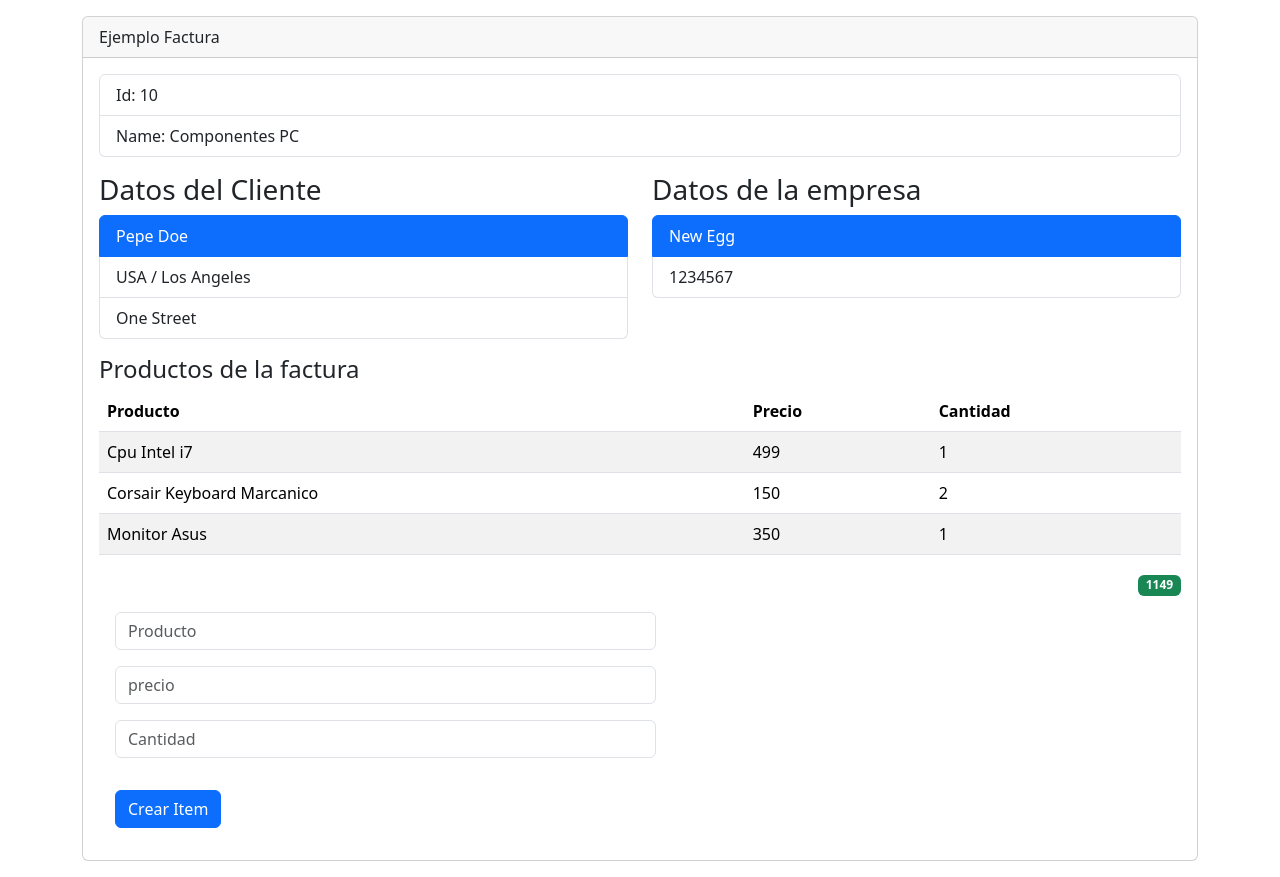
Repository: bryanesteban/4-invoice-app
Page: /
The author's editor kept a copy of each file at every save. The page is drawn from the files as they stood at one save, then again after the next save.
The browser window is 1280 px wide. The pictures show the whole page.
The project was rebuilt for these pictures with package versions that can differ from the ones it lists, and the page was loaded fresh each time. Also part of the build but not shown: vite.config.js.

Above is the page before, as saved 2023-11-13 22:15:34.

### index.html
<!doctype html>
<html lang="en">
  <head>
    <meta charset="UTF-8" />
    <link rel="icon" type="image/svg+xml" href="/vite.svg" />
    <link href="https://cdn.jsdelivr.net/npm/bootstrap@5.3.2/dist/css/bootstrap.min.css" rel="stylesheet" integrity="sha384-T3c6CoIi6uLrA9TneNEoa7RxnatzjcDSCmG1MXxSR1GAsXEV/Dwwykc2MPK8M2HN" crossorigin="anonymous">
    <meta name="viewport" content="width=device-width, initial-scale=1.0" />
    <title>Vite + React</title>
  </head>
  <body>
    <div id="root"></div>
    <script type="module" src="/src/main.jsx"></script>
  </body>
</html>

### src/main.jsx
import React from 'react'
import ReactDOM from 'react-dom/client'
import { InvoiceApp } from './InvoiceApp'


ReactDOM.createRoot(document.getElementById('root')).render(
  <React.StrictMode>
    <InvoiceApp />
  </React.StrictMode>,
)

### src/InvoiceApp.jsx
import { getInvoice } from "./services/getInvoice"
import { ClientView } from "./components/ClientView";
import { CompanyView } from "./components/CompanyView";
import { InvoiceView } from "./components/InvoiceView";
import { ListItemsView } from "./components/ListItemsView";
import { TotalView } from "./components/totalView";
import { useState } from "react";


export const InvoiceApp = () =>{

    const {id, name, client, company, items: itemsInitial, total} = getInvoice();

    const [productValue, setProductValue] = useState('');
    const [priceValue, setPriceValue] = useState('');
    const [quantityValue, setQuantityValue] = useState('');
    const [counter, setCounter] = useState(4);

    const [items, setItems] = useState(itemsInitial);

    const onProductChange = ({ target }) =>{
        setProductValue(target.value)
        console.log(target.value)
    }

    const onPriceChange = ({ target }) =>{
        setPriceValue(target.value)
        console.log(target.value)
    }

    const onQuantityChange = ({ target }) =>{
        setQuantityValue(target.value)
        console.log(target.value)
    }

    const onInvoiceItemsSubmit = (event) => {
        event.preventDefault();
        if(productValue.trim().length <= 1) return;

        if(priceValue.trim().length < 1 || isNaN(priceValue.trim())){
            alert('Error el precio no es un numero');
            return;
         }
        if(quantityValue.trim().length < 1 || isNaN(quantityValue.trim())){
           alert('Error la cantidad no es un numero');
           return;
        }
        setItems([...items, { id: counter,
                              product: productValue.trim(),
                              price: +priceValue.trim(),
                              quantity: parseInt(quantityValue.trim(), 10)}]);
        setProductValue('');
        setPriceValue('');
        setQuantityValue('');
        setCounter(counter + 1);
    }

    return(
       <>
        <div className="container">

            <div className="card my-3" >

                <div className= "card-header">

                    Ejemplo Factura
                </div>

                <div className="card-body">
                       <InvoiceView id= {id} name ={name}/>
                    <div className="row my-3">
                        <div className="col">
                           <ClientView title= "Datos del Cliente" client = {client} />
                        </div>
                        <div className="col">
                           <CompanyView title= "Datos de la empresa" company ={company} />
                        </div>
                    </div>
                    <ListItemsView title="Productos de la factura" items={items} />
                    <TotalView total={total}></TotalView>
                    <form className="w-50" onSubmit={ event => onInvoiceItemsSubmit(event) }>
                        <input type="text"
                               name="product"
                               value={ productValue}
                               placeholder="Producto"
                               className="form-control m-3"
                               onChange={ onProductChange }/>

                        <input type="text"
                               name="price"
                               value={priceValue}
                               placeholder="precio"
                               className="form-control m-3"
                               onChange={ event => onPriceChange(event) }/>

                        <input type="text"
                               name="quantity"
                               value={quantityValue}
                               placeholder="Cantidad"
                               className="form-control m-3"
                               onChange={ onQuantityChange }/>

                        <button type ="submit"
                                className="btn btn-primary m-3">
                                Crear Item
                        </button>
                    </form>
                </div>
            </div>
        </div>

       </>
    )
}

### src/services/getInvoice.js
import { invoice } from "../data/invoice"

export const getInvoice = () => {

    //console.log(invoice);

    /*let total = 0;
    invoice.items.forEach( items =>{
        total =total + items.price * items.quantity;

    });*/

    const total = invoice.items
        .map( item => item.price * item.quantity)
        .reduce((accumulator,currentValue) => accumulator + currentValue, 0)

    return {...invoice,total};
}

### src/components/ClientView.jsx
import PropTypes from 'prop-types';

export const ClientView = ({title, client}) =>{
    const {
        name: nameClient,
        lastname,
        address:{
            country,
            city,
            street,
            number}
         } = client;

    //const { country, city, street, number} = address;

    return (
        <>
         <h3>{title}</h3>
                            <ul className="list-group">
                                <li className="list-group-item active">{nameClient} {lastname}</li>
                                <li className="list-group-item">{country} / {city}</li>
                                <li className="list-group-item">{street} {number}</li>
                            </ul>
        </>
    )
}

ClientView.protoTypes ={
    title: PropTypes.string.isRequired,
    client: PropTypes.object.isRequired,
}

### src/components/CompanyView.jsx
import PropTypes from 'prop-types';

export const CompanyView = ({title, company}) => {


    return (
        <>
        <h3>{ title }</h3>
                            <ul className="list-group">
                                <li className="list-group-item active"> {company.name}</li>
                                <li className="list-group-item"> {company.fiscalNumber}</li>
                            </ul>
        </>
    )
}

CompanyView.propTypes = {
    title: PropTypes.string.isRequired,
    company: PropTypes.object.isRequired,

}

### src/components/InvoiceView.jsx
import PropTypes from 'prop-types';
export const InvoiceView = ({id, name}) =>{

    return (
        <>
         <ul className ="list-group">
                            <li className="list-group-item">Id: {id}</li>
                            <li className="list-group-item">Name: {name}</li>
                        </ul>

        </>
    )
}

InvoiceView.propTypes = {
    id: PropTypes.number.isRequired,
    name: PropTypes.string.isRequired
}

### src/components/ListItemsView.jsx
import { RowItemView } from "./RowItemView"
import PropTypes from 'prop-types';

export const ListItemsView  = ({title, items}) => {

    return (
        <>
        <h4> {title}</h4>
                    <table className="table table-striped table-hover">
                        <thead>
                            <tr>
                                <th>Producto</th>
                                <th>Precio</th>
                                <th>Cantidad</th>
                            </tr>
                        </thead>
                        <tbody>
                            {items.map(({id, product, price,quantity}) => (
                                    <RowItemView key={ id } product={product} price={price} quantity={quantity} />
                            ))}
                        </tbody>

                    </table>
        </>
    )

}

ListItemsView.propTypes = {
    title : PropTypes.string.isRequired,
    items: PropTypes.array.isRequired,
}

### src/components/totalView.jsx
export const TotalView  = ({total}) =>{


    return (
    <>
    <div className="text-end">
        <span className="badge bg-success">{total}</span>
    </div>
    </>
    )
}

### src/data/invoice.js
export const invoice ={
    id: 10,
    name: 'Componentes PC',
    client:{
        name:'Pepe',
        lastname:'Doe',
        address:{
            country:'USA',
            city: 'Los Angeles',
            street:' One Street',
            numeber:12
        }
    },
        company:{
            name:'New Egg',
            fiscalNumber: 1234567,
        },
        items: [
           {
            id: 1,
            product: 'Cpu Intel i7',
            price: 499,
            quantity: 1,
           },
           {
            id: 2,
            product: 'Corsair Keyboard Marcanico',
            price: 150,
            quantity: 2,
           },
           {
            id: 3,
            product: 'Monitor Asus',
            price: 350,
            quantity: 1,
           },

        ]


}

### src/components/RowItemView.jsx
import PropTypes from 'prop-types';

export const RowItemView = ({product, price, quantity}) => {
    return (
        <>
             <tr >
                    <td>{product}</td>
                    <td>{price}</td>
                    <td>{quantity}</td>
            </tr>
        </>
    )
}


RowItemView.propTypes = {
    product :  PropTypes.string.isRequired,
    price : PropTypes.number.isRequired,
    quantity : PropTypes.number.isRequired,
}

After the next save:
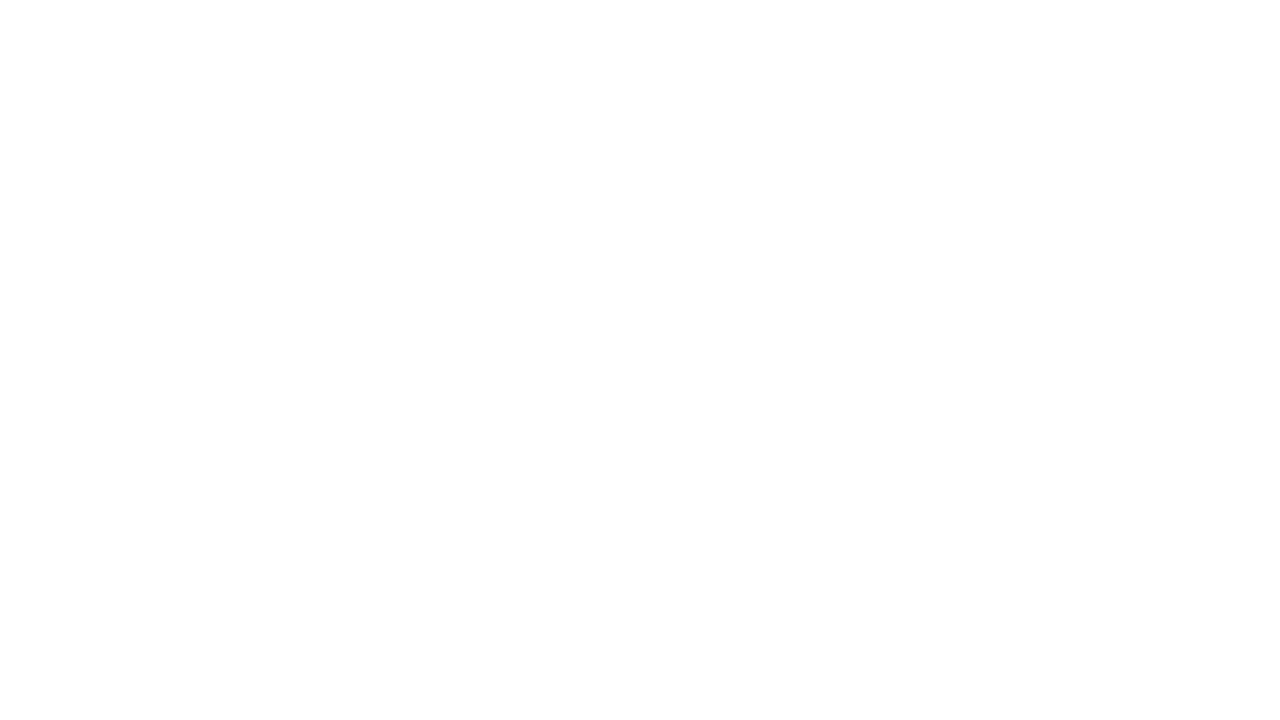
Console error: ReferenceError: productValue is not defined
Saved 25 h 41 min later.
--- a/src/InvoiceApp.jsx
+++ b/src/InvoiceApp.jsx
@@ -11,9 +11,15 @@
 
     const {id, name, client, company, items: itemsInitial, total} = getInvoice();
 
-    const [productValue, setProductValue] = useState('');
+    const [invoiceItemsState, setinvoiceItemsState] = useState({
+        productValue: '',
+        priceValue: '',
+        quantityValue: '',
+    });
+
+    /*const [productValue, setProductValue] = useState('');
     const [priceValue, setPriceValue] = useState('');
-    const [quantityValue, setQuantityValue] = useState('');
+    const [quantityValue, setQuantityValue] = useState('');*/
     const [counter, setCounter] = useState(4);
 
     const [items, setItems] = useState(itemsInitial);

After the save that followed:
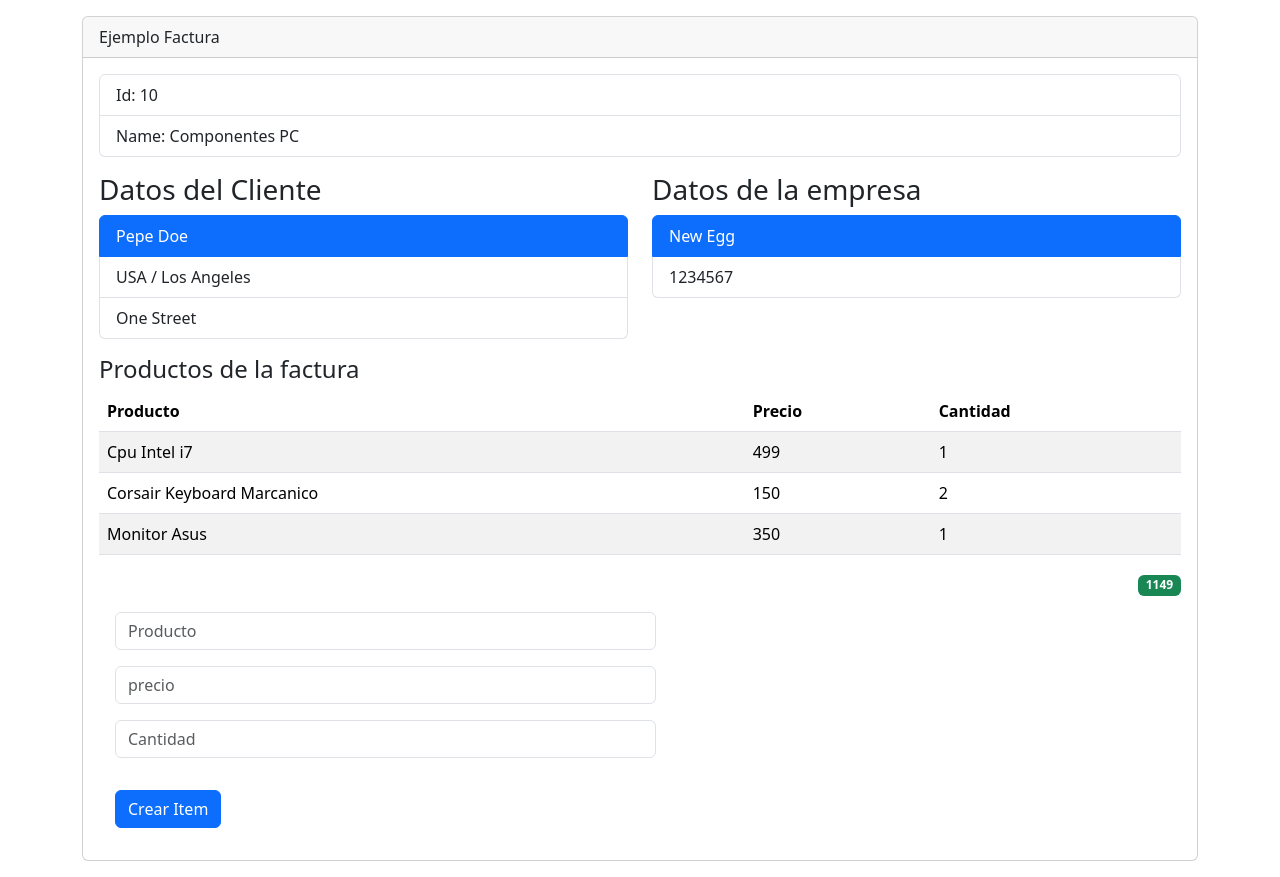
The error is gone.
Saved 35 s later.
--- a/src/InvoiceApp.jsx
+++ b/src/InvoiceApp.jsx
@@ -16,6 +16,8 @@
         priceValue: '',
         quantityValue: '',
     });
+
+    const {productValue, priceValue, quantityValue} = invoiceItemsState;
 
     /*const [productValue, setProductValue] = useState('');
     const [priceValue, setPriceValue] = useState('');
